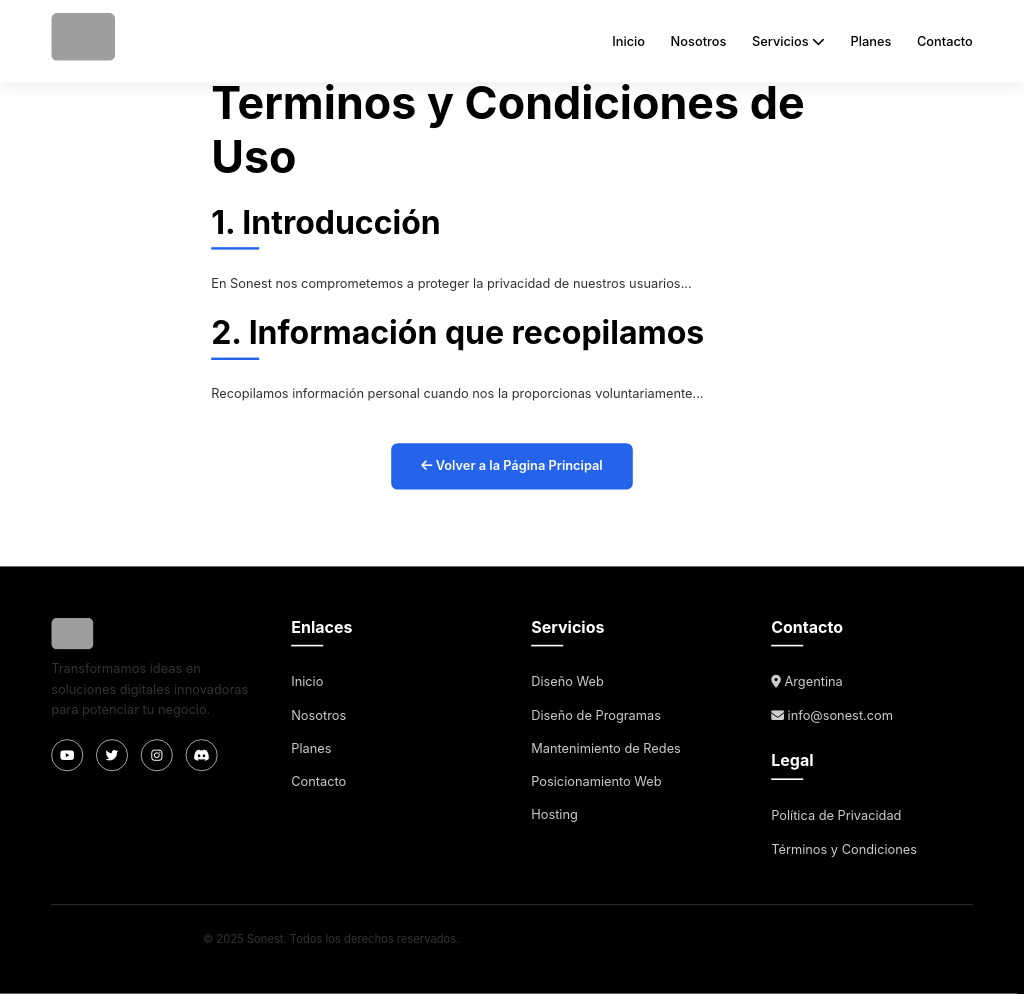
Repository: FabriDevelope/sonest
Page: terminos-y-condiciones-de-uso.html
These files come from the project's save history. The page is drawn as it stood at one moment and after the next save; the edit follows.
The browser window is 1280 px wide. The pictures show the whole page, at 80% of full size.
Pictures or frames that could not be fetched are drawn as grey boxes.

Above is the page before, as saved 2025-08-03 01:50:56.

### terminos-y-condiciones-de-uso.html
<!DOCTYPE html>
<html lang="es">
<head>
    <meta charset="UTF-8">
    <meta name="viewport" content="width=device-width, initial-scale=1.0">
    <title>Sonest - Terminos y Condiciónes de Uso</title>
    <link rel="stylesheet" href="styles.css">
    <link rel="stylesheet" href="https://cdnjs.cloudflare.com/ajax/libs/font-awesome/6.4.0/css/all.min.css">
    <link rel="icon" href="https://i.imgur.com/gXWLOT4.png" type="image/png">
    <style>
        .hero {
            padding: 12rem 0 7rem;
            background: linear-gradient(135deg, #f0f7ff 0%, #e6f0ff 100%);
            position: relative;
            overflow: hidden;
        }

        .hero::before {
            content: '';
            position: absolute;
            top: -100px;
            right: -100px;
            width: 500px;
            height: 500px;
            border-radius: 50%;
            background: linear-gradient(135deg, rgba(37, 99, 235, 0.1) 0%, rgba(37, 99, 235, 0.05) 100%);
            z-index: 0;
        }

        .hero-content {
            display: flex;
            align-items: center;
            gap: 4rem;
            position: relative;
            z-index: 1;
        }

        .hero-text {
            flex: 1;
        }

        .hero-image {
            flex: 1;
            border-radius: var(--border-radius);
            overflow: hidden;
            box-shadow: var(--shadow);
            transform: perspective(1000px) rotateY(-5deg);
            transition: var(--transition);
        }

        .hero-image:hover {
            transform: perspective(1000px) rotateY(0);
        }

        .features-grid {
            display: grid;
            grid-template-columns: repeat(auto-fit, minmax(300px, 1fr));
            gap: 2.5rem;
            margin-top: 3rem;
        }

        .feature-card {
            background-color: var(--white);
            border-radius: var(--border-radius);
            padding: 2.5rem;
            transition: var(--transition);
            box-shadow: 0 5px 15px rgba(0,0,0,0.05);
            text-align: center;
            border: 1px solid rgba(37, 99, 235, 0.1);
        }

        .feature-card:hover {
            transform: translateY(-10px);
            box-shadow: 0 15px 30px rgba(37, 99, 235, 0.15);
        }

        .feature-icon {
            width: 80px;
            height: 80px;
            background: linear-gradient(135deg, #e6f0ff 0%, #d0e1ff 100%);
            border-radius: 50%;
            display: flex;
            align-items: center;
            justify-content: center;
            margin: 0 auto 1.5rem;
            font-size: 2rem;
            color: var(--primary);
        }

        .services {
            background-color: var(--gray-100);
        }

        .services-grid {
            display: grid;
            grid-template-columns: repeat(auto-fit, minmax(280px, 1fr));
            gap: 2.5rem;
            margin-top: 2rem;
        }

        .service-card {
            background-color: var(--white);
            border-radius: var(--border-radius);
            padding: 2.5rem;
            transition: var(--transition);
            box-shadow: 0 5px 15px rgba(0,0,0,0.05);
            border: 1px solid rgba(37, 99, 235, 0.1);
        }

        .service-card:hover {
            transform: translateY(-5px);
            box-shadow: 0 15px 30px rgba(37, 99, 235, 0.1);
        }

        .service-icon {
            font-size: 2.5rem;
            margin-bottom: 1.5rem;
            display: inline-block;
            color: var(--primary);
        }

        .soon-badge {
            display: inline-block;
            background-color: var(--gray-200);
            color: var(--gray-700);
            font-size: 0.75rem;
            padding: 0.25rem 0.75rem;
            border-radius: 2rem;
            margin-left: 0.5rem;
            vertical-align: super;
            font-weight: 600;
        }

        .stats {
            background: linear-gradient(135deg, var(--primary) 0%, var(--primary-light) 100%);
            color: var(--white);
            text-align: center;
        }

        .stats-grid {
            display: grid;
            grid-template-columns: repeat(auto-fit, minmax(200px, 1fr));
            gap: 2rem;
            margin-top: 2rem;
        }

        .stat-item {
            text-align: center;
            padding: 2rem;
            background-color: rgba(255, 255, 255, 0.1);
            border-radius: var(--border-radius);
        }

        .stat-number {
            font-size: 3rem;
            font-weight: 700;
            margin-bottom: 0.5rem;
        }

        .testimonials-grid {
            display: grid;
            grid-template-columns: repeat(auto-fit, minmax(320px, 1fr));
            gap: 2.5rem;
        }

        .testimonial-card {
            background-color: var(--white);
            border-radius: var(--border-radius);
            padding: 2.5rem;
            position: relative;
            box-shadow: 0 5px 15px rgba(0,0,0,0.05);
            border: 1px solid rgba(37, 99, 235, 0.1);
        }

        .testimonial-quote {
            font-size: 3rem;
            position: absolute;
            top: 1rem;
            left: 1rem;
            opacity: 0.1;
            color: var(--primary);
        }

        .cta {
            background: linear-gradient(135deg, var(--gray-800) 0%, var(--black) 100%);
            color: var(--white);
            text-align: center;
            padding: 5rem 0;
            position: relative;
            overflow: hidden;
        }

        .cta::before {
            content: '';
            position: absolute;
            top: -100px;
            right: -100px;
            width: 400px;
            height: 400px;
            border-radius: 50%;
            background: rgba(255, 255, 255, 0.05);
            z-index: 0;
        }

        .cta-content {
            position: relative;
            z-index: 1;
            max-width: 700px;
            margin: 0 auto;
        }

        .fade-in {
            opacity: 0;
            transform: translateY(30px);
            transition: opacity 0.6s ease-out, transform 0.6s ease-out;
        }

        .fade-in-visible {
            opacity: 1;
            transform: translateY(0);
        }

        /* Ajustes para la nueva sección Legal */
@media (max-width: 768px) {
    .footer-grid > div:last-child .footer-title {
        margin-top: 1.5rem;
    }
}
    </style>
    </head>
<body>
    <!-- Header -->
    <header>
        <div class="container header-container">
            <a href="index.html" class="logo">
                <img src="https://i.imgur.com/yJCH2BL.png" alt="Sonest Logo" style="height: 60px; margin-right: 10px;">
            </a>
            <nav>
                <ul class="nav-menu">
                    <li class="nav-item"><a href="index.html" class="nav-link">Inicio</a></li>
                    <li class="nav-item"><a href="nosotros.html" class="nav-link">Nosotros</a></li>
                    <li class="nav-item dropdown">
                        <a href="planes.html" class="nav-link">Servicios <i class="fas fa-chevron-down"></i></a>
                        <ul class="dropdown-content">
                            <li><a href="diseno-web.html" class="dropdown-item">Diseño Web</a></li>
                            <li><a href="diseno-programas.html" class="dropdown-item">Diseño de Programas</a></li>
                            <li><a href="mantenimiento-redes.html" class="dropdown-item">Mantenimiento de Redes</a></li>
                            <li><a href="posicionamiento-web.html" class="dropdown-item">Posicionamiento Web</a></li>
                            <li><a href="hosting.html" class="dropdown-item">Hosting</a></li>
                        </ul>
                    </li>
                    <li class="nav-item"><a href="planes.html" class="nav-link">Planes</a></li>
                    <li class="nav-item"><a href="contacto.html" class="nav-link active">Contacto</a></li>
                </ul>
            </nav>
            <div class="mobile-toggle">
                <i class="fas fa-bars"></i>
            </div>
        </div>
    </header>

     <main class="section" style="max-width: 800px; margin: 0 auto;">
        <div class="container">
            <h1>Terminos y Condiciones de Uso</h1>

            <h2>1. Introducción</h2>
            <p>En Sonest nos comprometemos a proteger la privacidad de nuestros usuarios...</p>

            <h2>2. Información que recopilamos</h2>
            <p>Recopilamos información personal cuando nos la proporcionas voluntariamente...</p>

            <!-- Resto del contenido -->

            <div style="margin-top: 3rem; text-align: center;">
                <a href="index.html" class="btn">
                    <i class="fas fa-arrow-left"></i> Volver a la Página Principal
                </a>
            </div>
        </div>
    </main>

  <!-- Footer -->
<footer>
    <div class="container">
        <div class="footer-grid">
            <div>
                <a href="index.html" class="logo">
                    <img src="https://i.imgur.com/EugKriL.png" alt="Sonest Logo" style="height: 40px; margin-right: 10px;">
                </a>
                <p>Transformamos ideas en soluciones digitales innovadoras para potenciar tu negocio.</p>
                <div class="social-links">
                    <a href="#" class="social-link"><i class="fab fa-youtube"></i></a>
                    <a href="#" class="social-link"><i class="fab fa-twitter"></i></a>
                    <a href="#" class="social-link"><i class="fab fa-instagram"></i></a>
                    <a href="https://discord.gg/TzeV6DSFxJ" class="social-link"><i class="fab fa-discord"></i></a>
                </div>
            </div>
            <div>
                <h4 class="footer-title">Enlaces</h4>
                <ul class="footer-links">
                    <li><a href="index.html" class="footer-link">Inicio</a></li>
                    <li><a href="nosotros.html" class="footer-link">Nosotros</a></li>
                    <li><a href="planes.html" class="footer-link">Planes</a></li>
                    <li><a href="contacto.html" class="footer-link">Contacto</a></li>
                </ul>
            </div>
            <div>
                <h4 class="footer-title">Servicios</h4>
                <ul class="footer-links">
                    <li><a href="diseno-web.html" class="footer-link">Diseño Web</a></li>
                    <li><a href="diseno-programas.html" class="footer-link">Diseño de Programas</a></li>
                    <li><a href="mantenimiento-redes.html" class="footer-link">Mantenimiento de Redes</a></li>
                    <li><a href="posicionamiento-web.html" class="footer-link">Posicionamiento Web</a></li>
                    <li><a href="hosting.html" class="footer-link">Hosting</a></li>
                </ul>
            </div>
            <div>
                <h4 class="footer-title">Contacto</h4>
                <ul class="footer-links">
                    <li><a href="#" class="footer-link"><i class="fas fa-map-marker-alt"></i> Argentina</a></li>
                    <li><a href="mailto:sonest.adm@proton.me" class="footer-link"><i class="fas fa-envelope"></i> info@sonest.com</a></li>
                </ul>
                <!-- Nueva sección Legal -->
                <h4 class="footer-title" style="margin-top: 1.5rem;">Legal</h4>
                <ul class="footer-links">
                    <li><a href="politica-de-privacidad.html" class="footer-link">Política de Privacidad</a></li>
                    <li><a href="terminos-y-condiciones-de-uso.html" class="footer-link">Términos y Condiciones</a></li>
                </ul>
            </div>
        </div>
        <div class="footer-bottom">
            <p>&copy; 2025 Sonest. Todos los derechos reservados.</p>
        </div>
    </div>
</footer>
    <script>
        document.addEventListener('DOMContentLoaded', function() {
            const mobileToggle = document.querySelector('.mobile-toggle');
            const navMenu = document.querySelector('.nav-menu');

            if (mobileToggle && navMenu) {
                mobileToggle.addEventListener('click', function() {
                    navMenu.classList.toggle('active');
                });
            }

            // Animaciones al hacer scroll
            const observer = new IntersectionObserver((entries) => {
                entries.forEach(entry => {
                    if (entry.isIntersecting) {
                        entry.target.classList.add('fade-in-visible');
                    }
                });
            }, { threshold: 0.1 });

            document.querySelectorAll('.fade-in').forEach(element => {
                observer.observe(element);
            });
        });
    </script>
</body>
</html>

Loaded but not shown: styles.css (684 lines, source omitted)

After the next save:
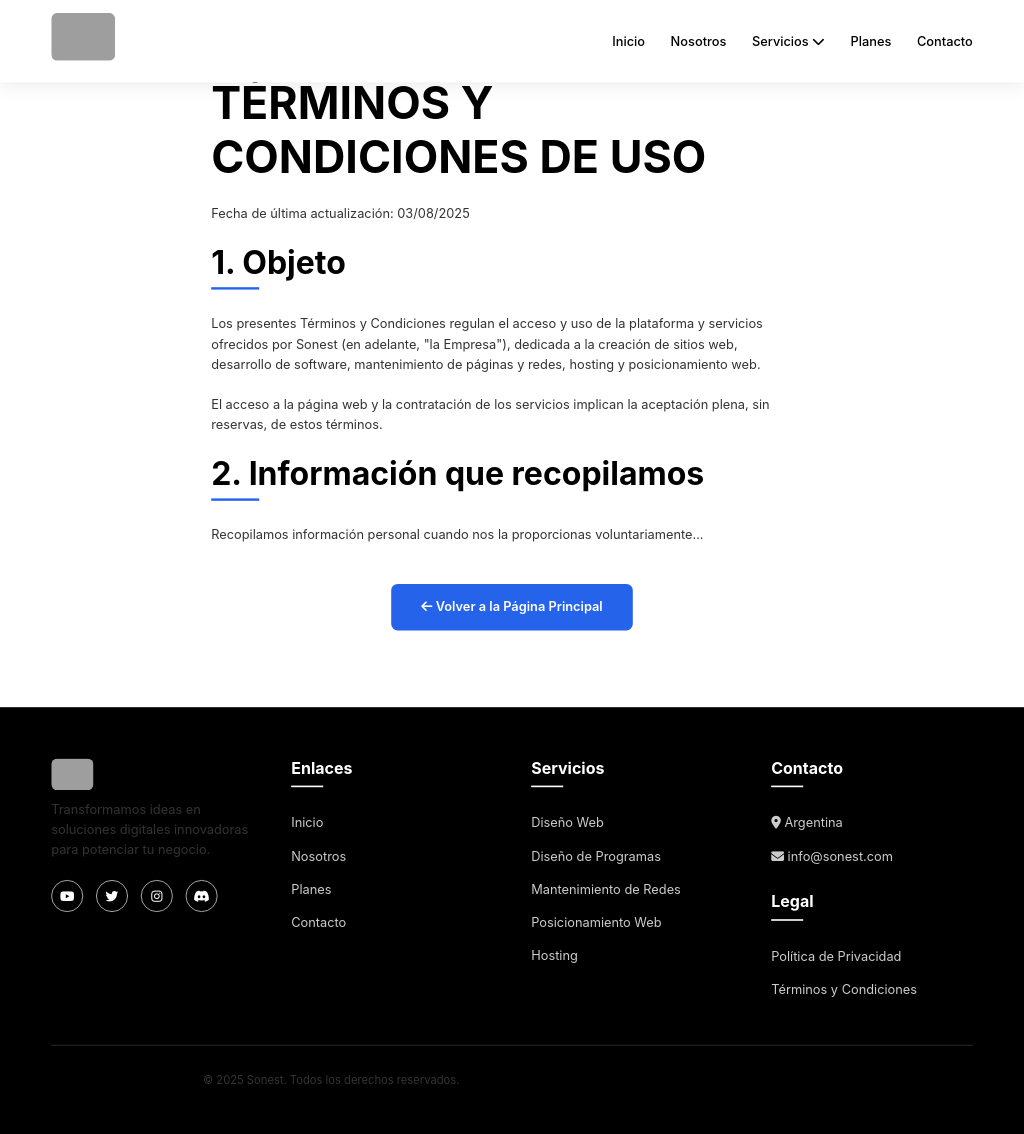
Saved 53 s later.
--- a/terminos-y-condiciones-de-uso.html
+++ b/terminos-y-condiciones-de-uso.html
@@ -261,10 +261,12 @@
 
      <main class="section" style="max-width: 800px; margin: 0 auto;">
         <div class="container">
-            <h1>Terminos y Condiciones de Uso</h1>
-
-            <h2>1. Introducción</h2>
-            <p>En Sonest nos comprometemos a proteger la privacidad de nuestros usuarios...</p>
+            <h1>TÉRMINOS Y CONDICIONES DE USO</h1>
+            <p>Fecha de última actualización: 03/08/2025</p>
+
+            <h2>1. Objeto</h2>
+            <p>Los presentes Términos y Condiciones regulan el acceso y uso de la plataforma y servicios ofrecidos por Sonest (en adelante, "la Empresa"), dedicada a la creación de sitios web, desarrollo de software, mantenimiento de páginas y redes, hosting y posicionamiento web.</p>
+            <p>El acceso a la página web y la contratación de los servicios implican la aceptación plena, sin reservas, de estos términos.</p>
 
             <h2>2. Información que recopilamos</h2>
             <p>Recopilamos información personal cuando nos la proporcionas voluntariamente...</p>
